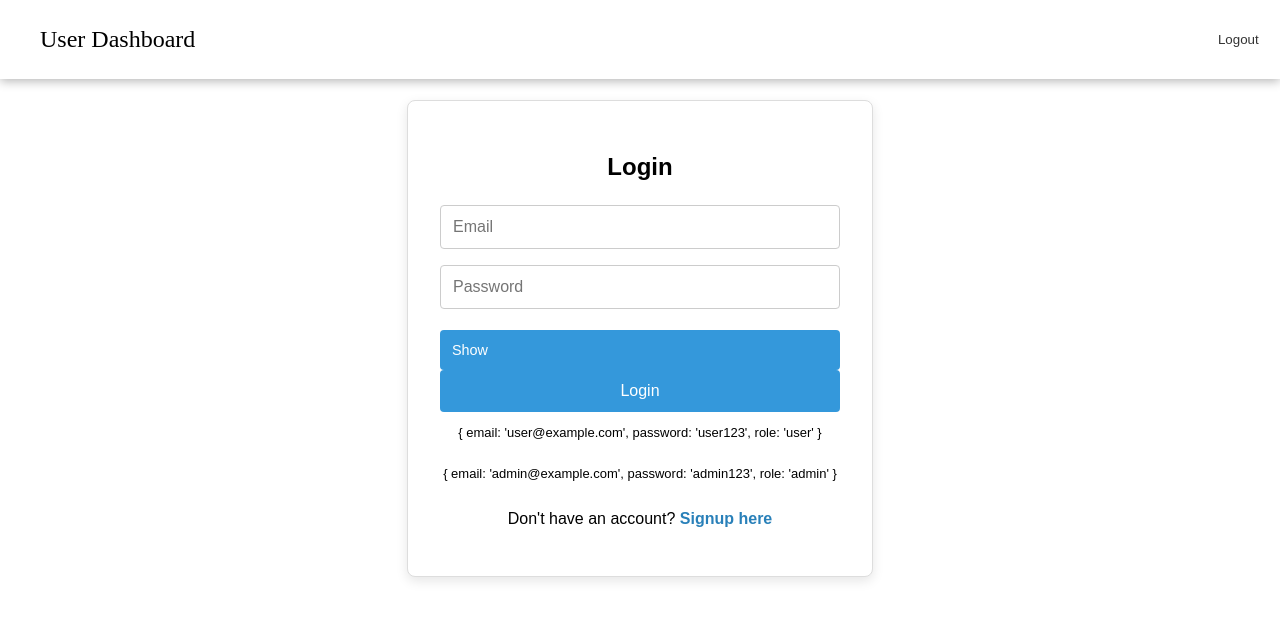
Repository: Edmund-Kiama/todoPHP
Page: / (app in task-manager-frontend/)
An editor plug-in stored every save of this project. The page is shown before and after the next save, followed by the edit.
The browser window is 1280 px wide. The pictures show the whole page.
The project was rebuilt for these pictures with package versions that can differ from the ones it lists, and the page was loaded fresh each time. Also part of the build but not shown: task-manager-frontend/vite.config.js, task-manager-frontend/src/components/Admin/admin.css, task-manager-frontend/src/components/Admin/AdminDashboard.vue, task-manager-frontend/src/components/User/user.css, task-manager-frontend/src/components/User/UserDashboard.vue, task-manager-frontend/src/components/Auth/signup.css, task-manager-frontend/src/components/Auth/Signup.vue.

Above is the page before, as saved 2025-07-12 23:15:51.

After the next save:
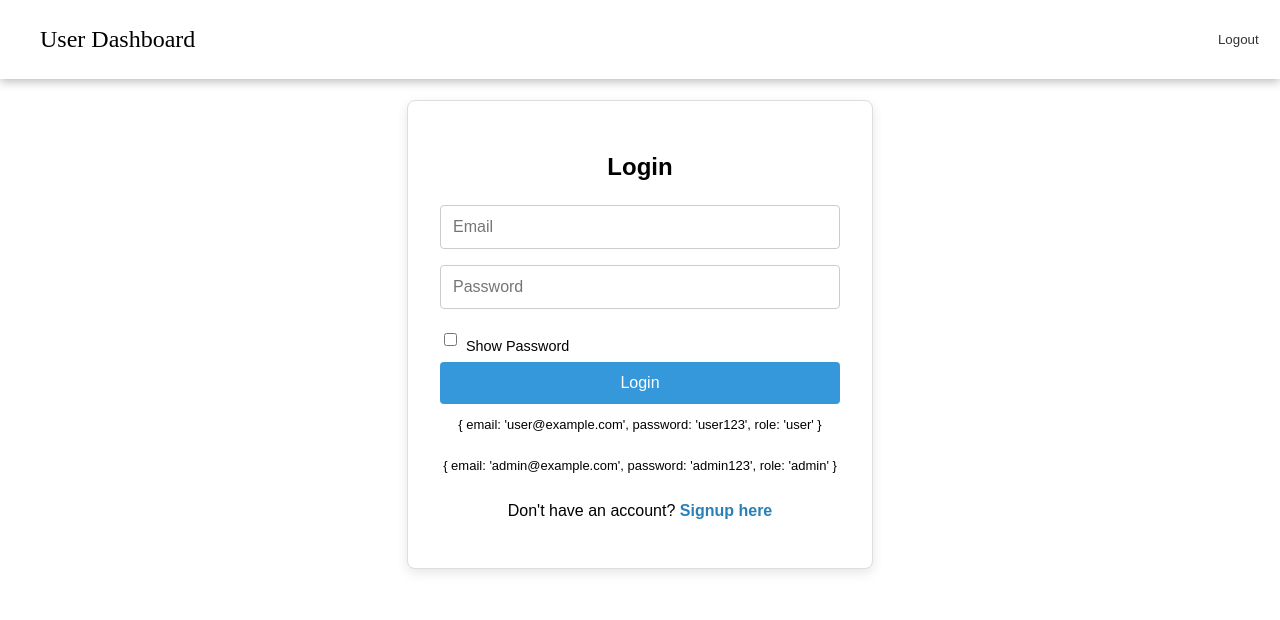
Saved 51 s later.
--- a/task-manager-frontend/src/components/Auth/Login.vue
+++ b/task-manager-frontend/src/components/Auth/Login.vue
@@ -74,9 +74,10 @@
         <form @submit.prevent="login">
             <input v-model="email" placeholder="Email" required />
             <input :type="showPassword ? 'text' :'password'" v-model="password" placeholder="Password" required />
-            <button type="button" @click="showPassword = !showPassword" class="show-toggle">
-                {{ showPassword ? 'Hide' : 'Show' }}
-            </button>
+            <label class="show-toggle">
+                <input type="checkbox" v-model="showPassword" />
+                Show Password
+            </label>
             <button>Login</button>
             <p v-if="error" class="error">{{ error }}</p>
             <p class="descr">{ email: 'user@example.com', password: 'user123', role: 'user' }</p>
